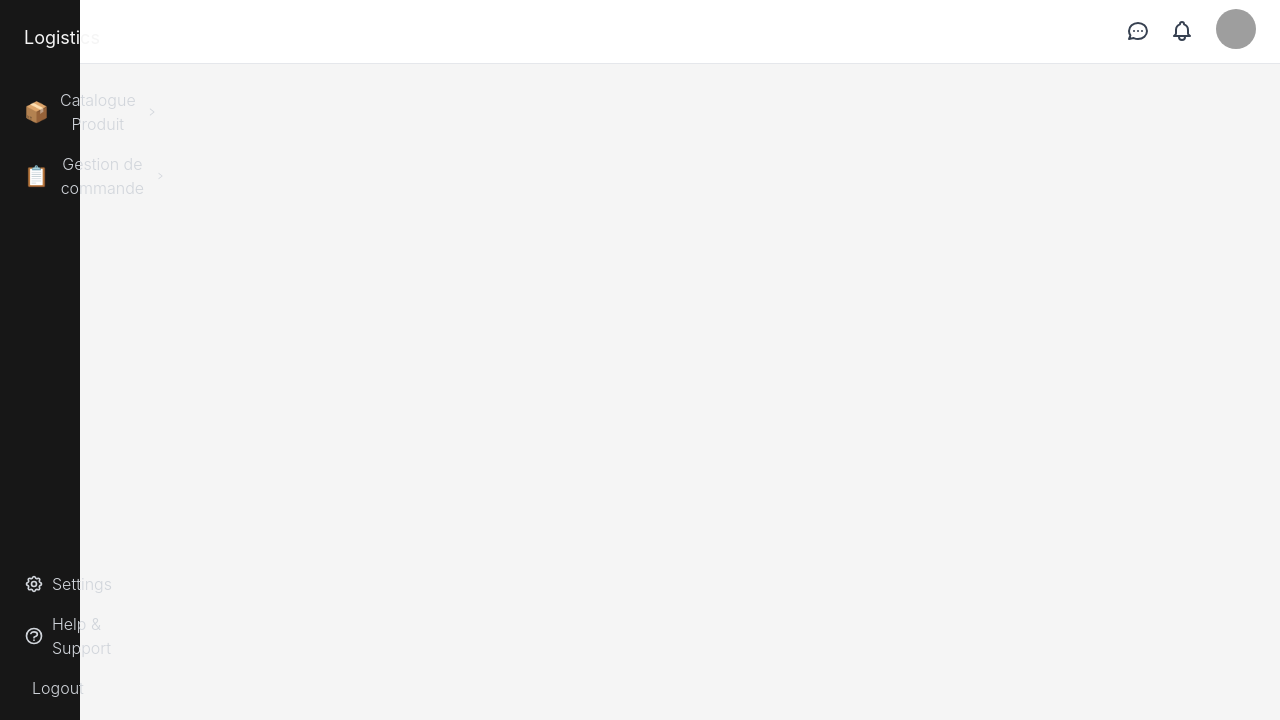
Repository: Mayar2222/Dashboard
Page: /
These files come from the project's save history. The page is drawn as it stood at one moment and after a run of saves; the edit follows.
The browser window is 1280 px wide. The pictures show the whole page.
Pictures or frames that could not be fetched are drawn as grey boxes. The project was rebuilt for these pictures with package versions that can differ from the ones it lists, and the page was loaded fresh each time. Also part of the build but not shown: src/components/Categories.jsx, src/components/Produit.jsx.

Above is the page before, as saved 2024-07-28 18:57:42.

After the next 2 saves:
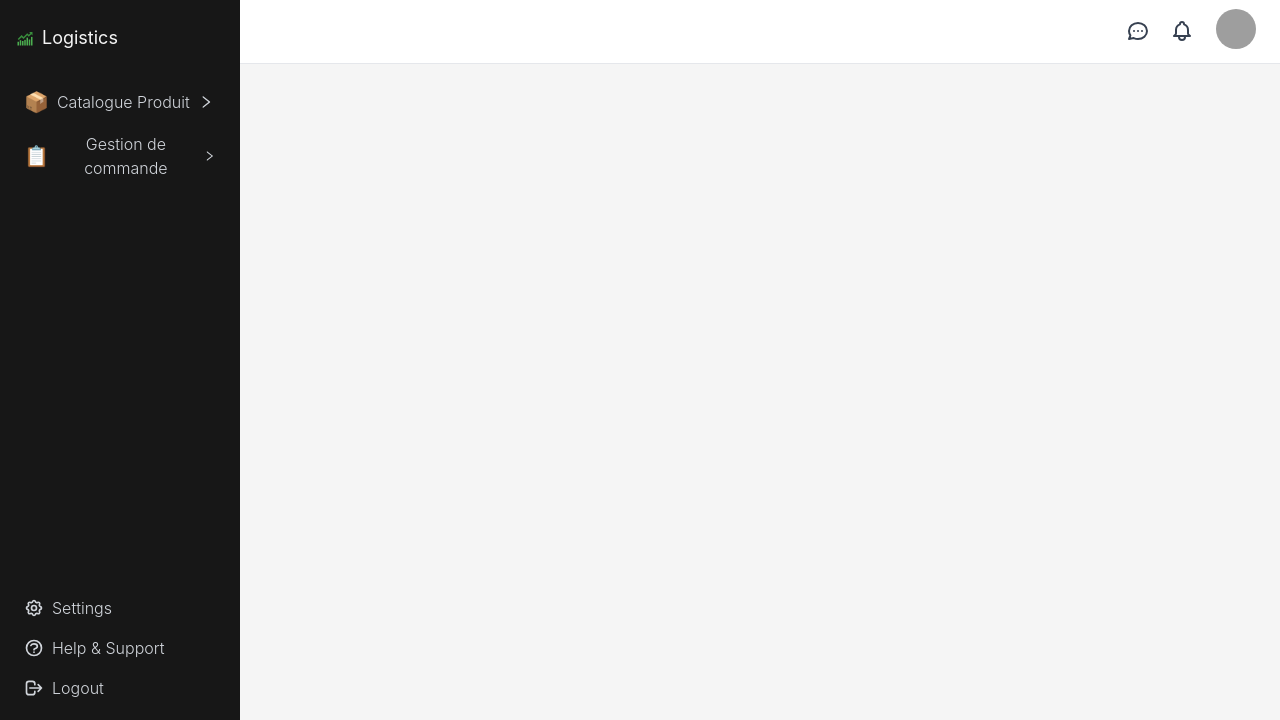
The 2 saves are shown as one change because they came seconds apart.
The last was saved 20 s later.
--- a/src/components/shared/Sidebar.jsx
+++ b/src/components/shared/Sidebar.jsx
@@ -24,7 +24,7 @@ export default function Sidebar() {
   };
 
   return (
-    <div className="bg-neutral-900 w-20 p-3 flex flex-col text-white h-full fixed">
+    <div className="bg-neutral-900 w-60 p-3 flex flex-col text-white h-full fixed">
       <div className={titleClasses}>
         <FcBullish />
         <span>Logistics</span>
